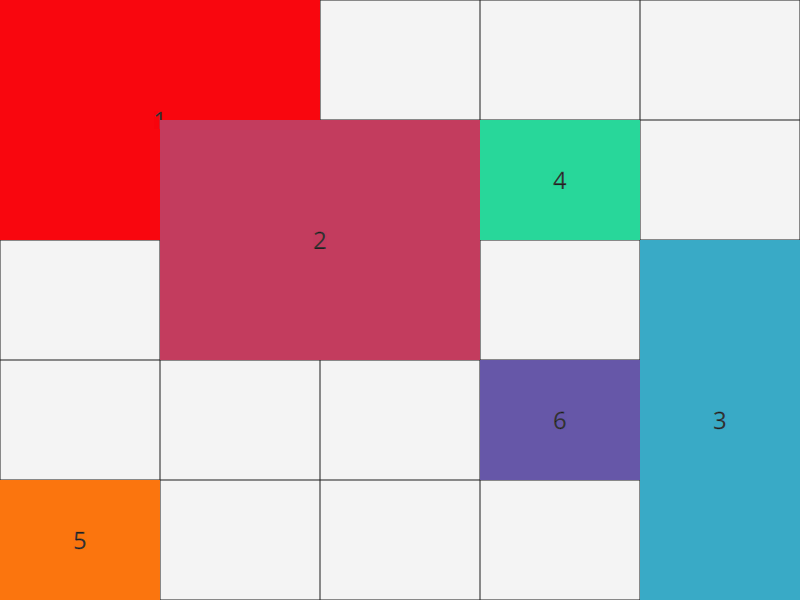
Repository: AlanVidalll/Curso-Java-Completo
Program's window: java exercicios-javafx/src/layout/AppLayout.java
An editor plug-in stored every save of this project. The program's window is shown before and after the next save, followed by the edit.
It runs on Java 21 on a 1366 x 768 screen with JavaFX 11; the title bar is not drawn.

Above is the program's window before, as saved 2020-04-11 13:58:42.

After the next save:
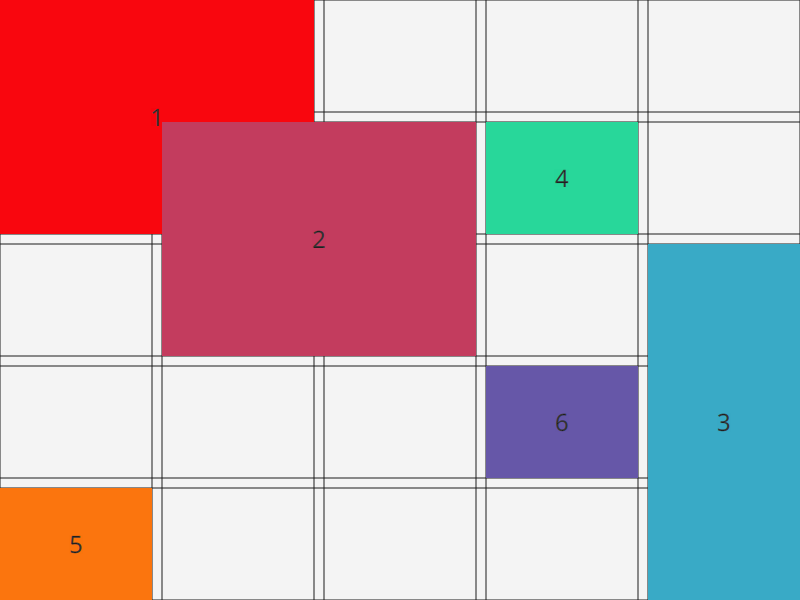
Saved 63 s later.
--- a/exercicios-javafx/src/layout/TesteGridPane.java
+++ b/exercicios-javafx/src/layout/TesteGridPane.java
@@ -19,6 +19,9 @@
 
 		getColumnConstraints().addAll(cc(), cc(), cc(), cc(), cc());
 		getRowConstraints().addAll(rc(), rc(), rc(), rc(), rc());
+
+		setVgap(10);
+		setHgap(10);
 
 		add(c1, 0, 0, 2, 2);
 		add(c2, 1, 1, 2, 2);
